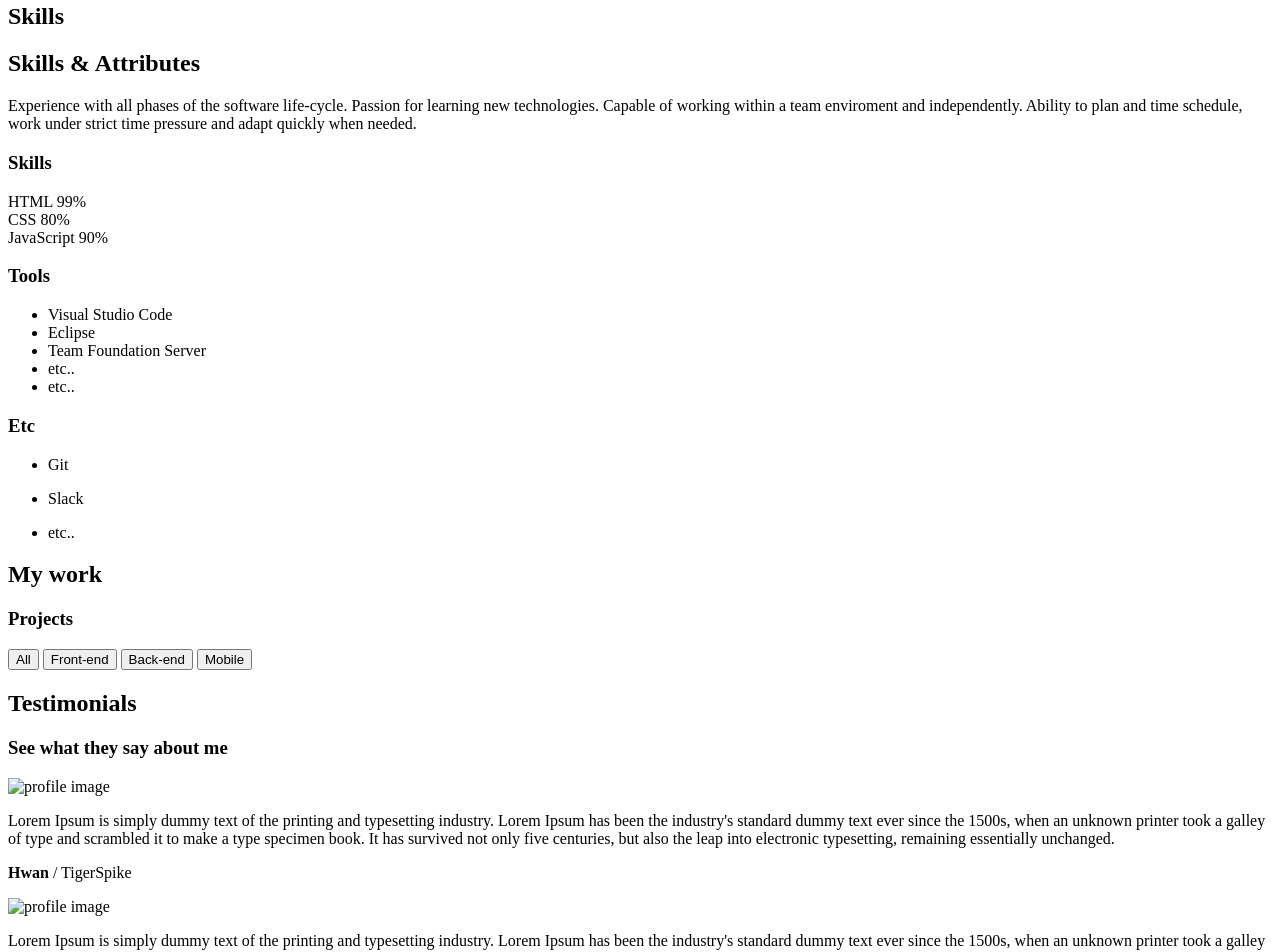
Repository: dhchun1203/Portfolio
Page: index.html
These files come from the project's save history. The page is drawn as it stood at one moment and after the next save; the edit follows.
The browser window is 1280 px wide. The pictures show the part of the page from y = 1199 to 2151 px (the page is 2342 px tall before and 2378 px after).
A picture or video elsewhere on the page could not be fetched, so the positions and the page height are approximate. Some web libraries are served in a nearby version.

Above is the page before, as saved 2020-12-04 10:21:05.

After the next save:
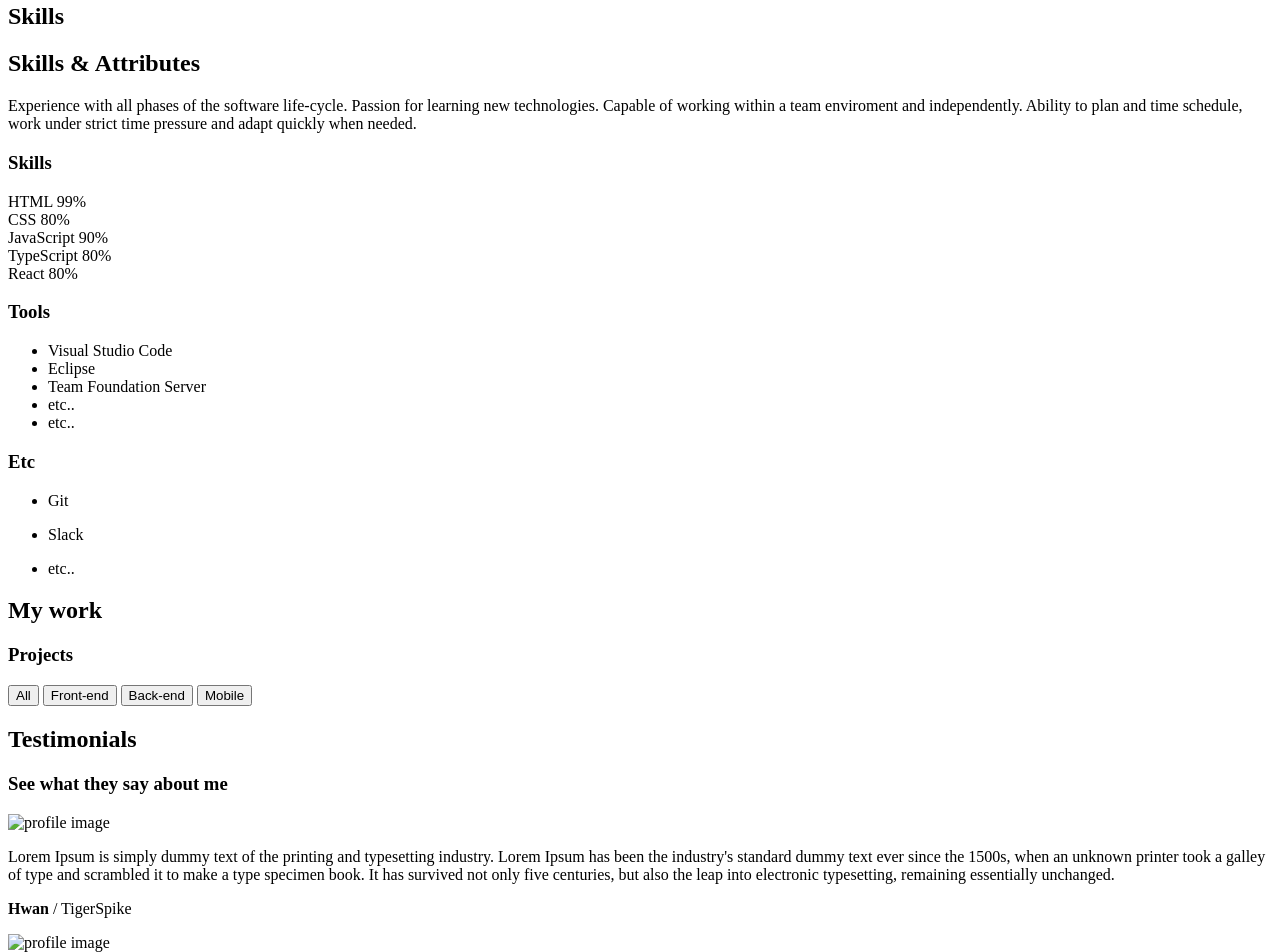
Saved 53 s later.
--- a/index.html
+++ b/index.html
@@ -246,6 +246,24 @@
 							<div class="skill__value"></div>
 						</div>
 					</div>
+					<div class="skill">
+						<div class="skill_description">
+							<span>TypeScript</span>
+							<span>80%</span>
+						</div>
+						<div class="skill__bar">
+							<div class="skill__value"></div>
+						</div>
+					</div>
+					<div class="skill">
+						<div class="skill_description">
+							<span>React</span>
+							<span>80%</span>
+						</div>
+						<div class="skill__bar">
+							<div class="skill__value"></div>
+						</div>
+					</div>
 				</div>
 				<div class="skillset__right">
 					<h3 class="skillset__title">Tools</h3>
